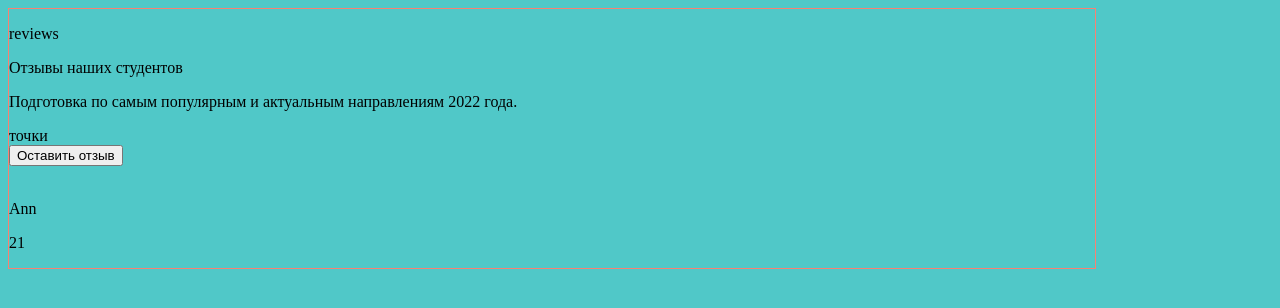
Repository: Malvuna/Studi
Page: index.html
These files come from the project's save history. The page is drawn as it stood at one moment and after the next save; the edit follows.
The browser window is 1280 px wide. The pictures show the whole page.

Above is the page before, as saved 2022-07-11 16:00:11.

### index.html

<!DOCTYPE html>
<html lang="en">
  <head>
    <meta charset="UTF-8" />
    <meta http-equiv="X-UA-Compatible" content="IE=edge" />
    <meta name="viewport" content="width=device-width, initial-scale=1.0" />
    <link rel="stylesheet" href="./css/style.css" />
    <link rel="preconnect" href="https://fonts.googleapis.com">
    <link rel="preconnect" href="https://fonts.gstatic.com" crossorigin>
    <link href="https://fonts.googleapis.com/css2?family=Caveat:wght@400;600;700&family=Inter:wght@400;600;700&display=swap" rel="stylesheet">
  <body>
    <header>
    </header>

    <main>
      <div id="container" class="container">

      <p>reviews</p>
      <p>Отзывы наших студентов</p>
      <p>Подготовка по самым популярным и актуальным направлениям 2022 года.</p>
      <div></div>
      <div>точки</div>
      <button>Оставить отзыв</button>

    </div>
    </main>


    <footer>

    </footer>

  </body>
  <script type="module" src="./javascript/javascript.js"></script>
</html>

### css/style.css

body{
 background-color: rgb(80, 200, 200);
}

.container {
    width: 1086px;
    border: 1px salmon solid;
    text-align: left;
}

### javascript/javascript.js


//переменная для общего контейнера
let container = document.querySelector("#container");

//переменная для всех карточек
let divAllCard = document.createElement("div");
divAllCard.className = "divAllCard";
container.append(divAllCard);

//переменная для одной карточки
let divOneCard = document.createElement("div");
divOneCard.className = "divOneCard";
divAllCard.append(divOneCard);

let foto = document.createElement("img");
divOneCard.append(foto);


let nameText = document.createElement("p");
nameText.innerHTML = "Ann";
divOneCard.append(nameText);

let nameAge = document.createElement("p");
nameAge.innerHTML = "21 ";
divOneCard.append(nameAge);

let divRightBlock = document.createElement("div");

After the next save:
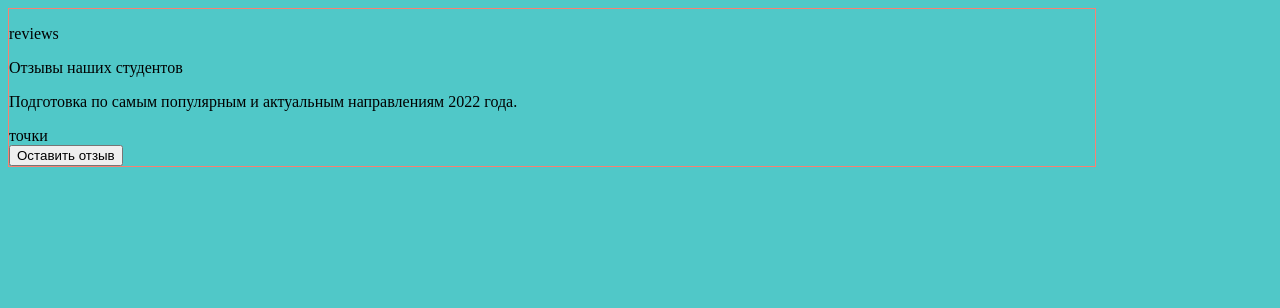
Console error: SyntaxError: Identifier 'nameText' has already been declared
Saved 6 s later.
--- a/javascript/javascript.js
+++ b/javascript/javascript.js
@@ -26,3 +26,7 @@ nameAge.innerHTML = "21 ";
 divOneCard.append(nameAge);
 
 let divRightBlock = document.createElement("div");
+
+let nameText = document.createElement("p");
+nameText.innerHTML = "Ann";
+divOneCard.append(nameText);

After the 2 saves that followed:
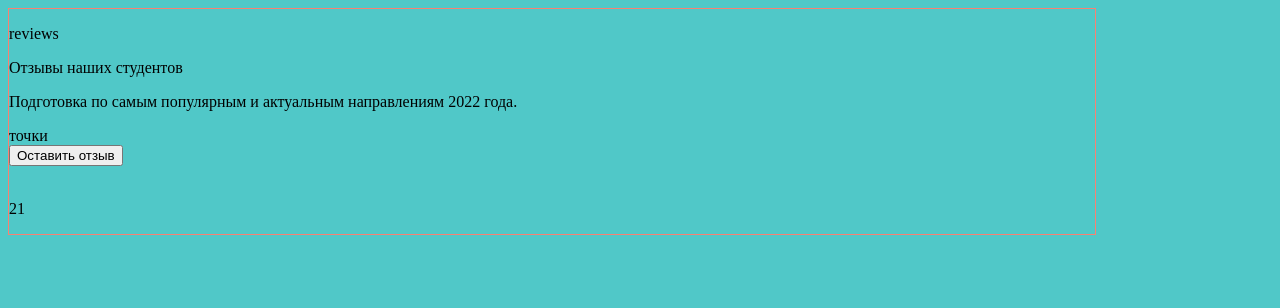
The error is gone.
The 2 saves are shown as one change because 1 left the picture as it was.
The last was saved 10 s later.
--- a/javascript/javascript.js
+++ b/javascript/javascript.js
@@ -27,6 +27,6 @@ divOneCard.append(nameAge);
 
 let divRightBlock = document.createElement("div");
 
-let nameText = document.createElement("p");
+let headText = document.createElement("p");
 nameText.innerHTML = "Ann";
-divOneCard.append(nameText);
+divRightBlock.append(nameText);
